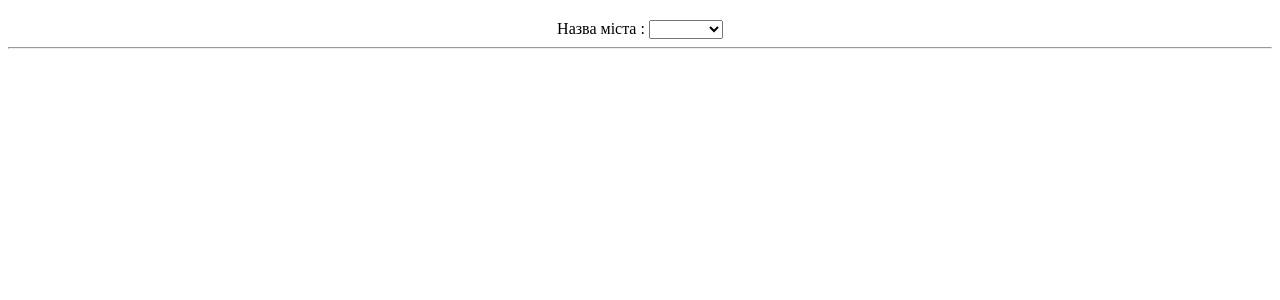
Repository: AnatoliyZaporozhets/HomeTask
Page: / (app in HomeWork_1/)
An editor plug-in stored every save of this project. The page is shown before and after the next save, followed by the edit.
The browser window is 1280 px wide. The pictures show the whole page.
The project was rebuilt for these pictures with package versions that can differ from the ones it lists, and the page was loaded fresh each time.

Above is the page before, as saved 2022-04-12 17:23:31.

### HomeWork_1/src/App.vue
<template>
  <div>
    <!-- <img alt="Vue logo" src="./assets/logo.png" /> -->
    <!-- 3. Використовуємо -->
    <!-- <products-list :product-list-data="listData" /> -->
    <weather
     :wetherData='weatherDataList'
    />
    <hr>
  </div>
</template>

<script>
//1.Імпортуємо компонент
// import ProductsList from './components/ProductsList'
import Weather from './components/Weather'
export default {
  name: 'App',
  components: {
    //2.Реєструємо
    // ProductsList,
    Weather,
  },

  data() {
    return {
      listData: [
        {
          id: 1,
          productName: 'Сир',
          price: 100,

        },
        {
          id: 2,
          productName: 'Олія',
          price:200,

        },
      ],
      weatherDataList:[
        {
          id:12,
          nameCity:'Ужгород',
          day:12,
          temperature:12,
          humidity:82,
          atmosphericPressure:742,
          windSpeed:2

        },
        {
          id:13,
          nameCity:'Київ',
          day:12,
          temperature:14,
          humidity:83,
          atmosphericPressure:743,
          windSpeed:3

        },
        {
          id:14,
          nameCity:'Харків',
          day:12,
          temperature:14,
          humidity:84,
          atmosphericPressure:744,
          windSpeed:4

        },
      ]
      ,
    }
  },
}
</script>

<style>
#app {

  text-align: center;

  margin-top: 20px;
}
</style>

### HomeWork_1/src/components/Weather/index.vue
<template>
    <div>
        <label>
          Назва міста :
          <!-- <input type="text" v-model="searchProductTitle" /> -->
          <select v-model="searchCityTitle">
            <option
              v-for="wether in wetherData"
              :key="wether.id"
              :value="wether.nameCity"
            >
              {{wether.nameCity}}

            </option>
          </select>

        </label>

      </div>
    <div >
            <label v-for="wether in filteredWetherListData " :key='wether.id'>{{weather.day}}</label>
    </div>
</template>

<script>
    export default {
  name: 'Weather',

  props: {
    wetherData: {
      type: Array,
      default: () => [], //Якщо об"єкт - то функція, що повертає значення
    },
  },

    data(){
        return{
          searchCityTitle: null
        }
    },
    computed:{
        filteredWetherListData(){
           return  this.wetherData.filter((wether) =>
          wether.nameCity.includes(this.searchCityTitle
        ));
    //       if (this.searchCityTitle) {

    //
    //   }
    //   return this.wetherData;
    //     }
    // }

    }}}
</script>

<style lang="scss" scoped>

</style>

Loaded but not shown: HomeWork_1/public/index.html (common file); HomeWork_1/src/main.js (common file)

After the next save:
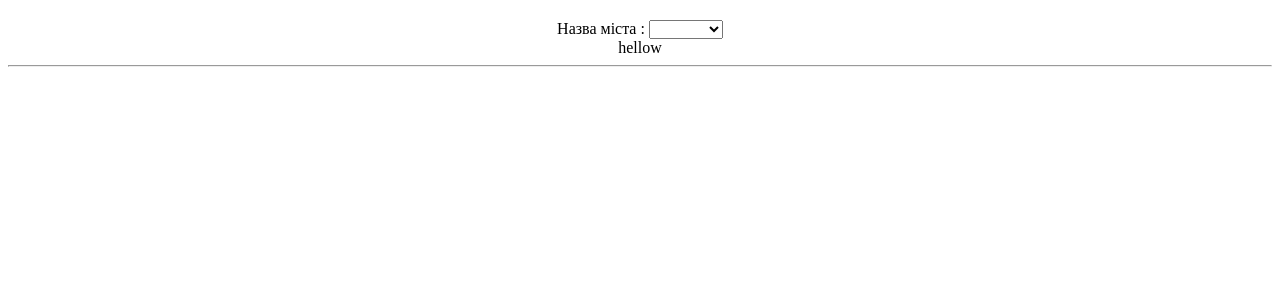
Saved 18 s later.
--- a/HomeWork_1/src/components/Weather/index.vue
+++ b/HomeWork_1/src/components/Weather/index.vue
@@ -17,9 +17,10 @@
         </label>
 
       </div>
-    <div >
+    <!-- <div >
             <label v-for="wether in filteredWetherListData " :key='wether.id'>{{weather.day}}</label>
-    </div>
+    </div> -->
+    <div>hellow</div>
 </template>
 
 <script>

After the save that followed:
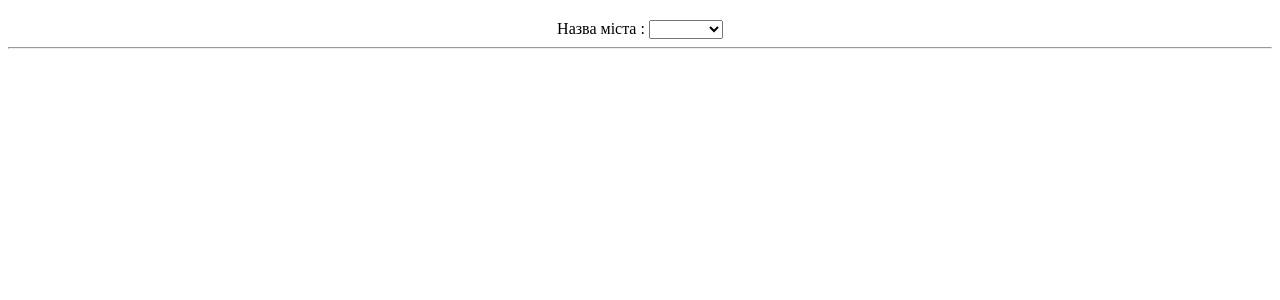
Saved 2 min 8 s later.
--- a/HomeWork_1/src/components/Weather/index.vue
+++ b/HomeWork_1/src/components/Weather/index.vue
@@ -20,7 +20,9 @@
     <!-- <div >
             <label v-for="wether in filteredWetherListData " :key='wether.id'>{{weather.day}}</label>
     </div> -->
-    <div>hellow</div>
+    <div v-for="wether in filteredWetherListData " :key='wether.id'>
+        {{weather.nameCity}}
+    </div>
 </template>
 
 <script>
